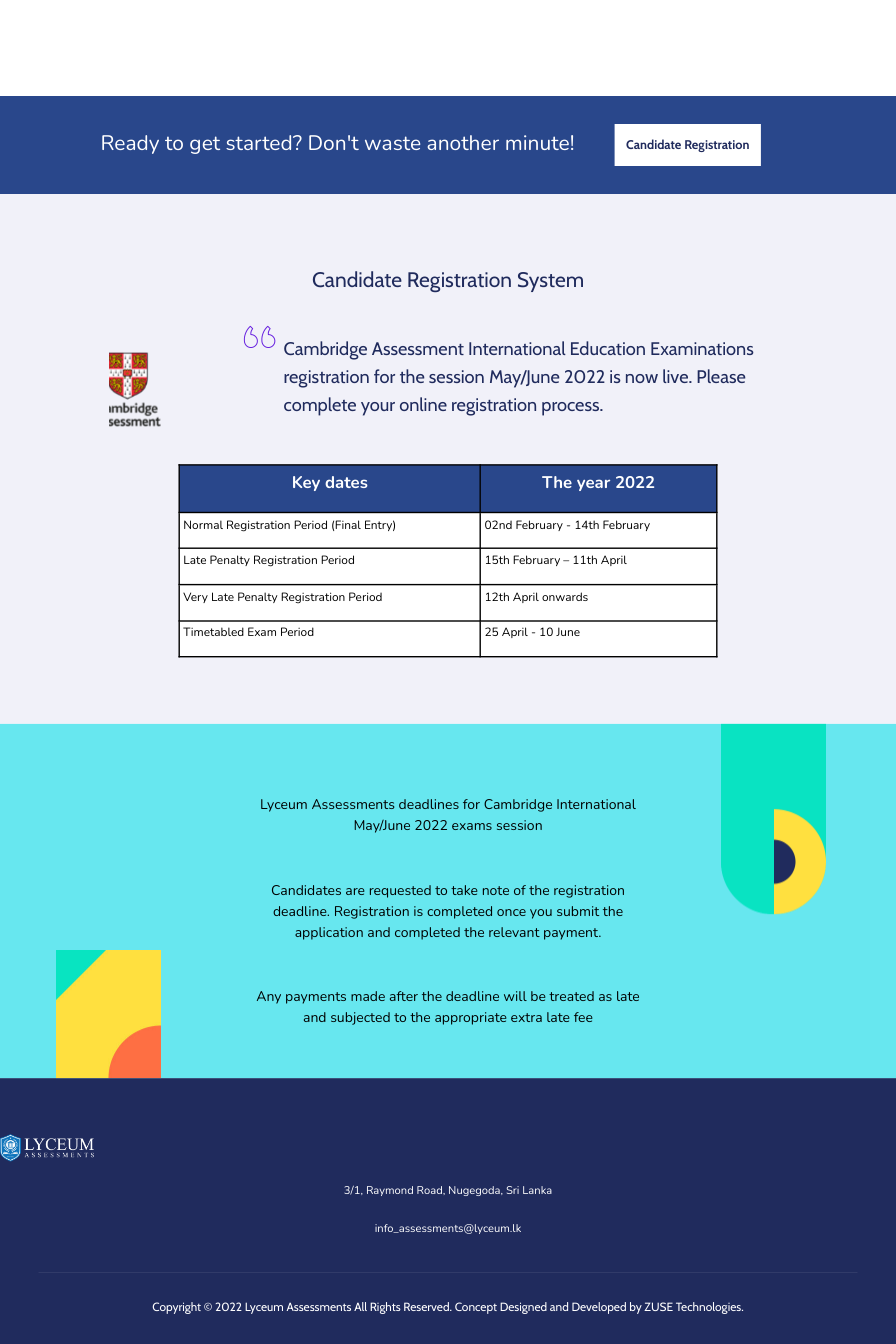
Repository: AXUSLK/LyceumAssessments-HTML
Page: index.html
An editor plug-in stored every save of this project. The page is shown before and after a run of saves, followed by the edit.
The browser window is 1280 px wide. The pictures show the part of the page from y = 2663 to 4583 px (the page is 4583 px tall), at 70% of full size.
Backgrounds fixed to the window are drawn as part of the page. Some web libraries are served in a nearby version.

Above is the page before, as saved 2022-01-31 15:19:41.

After the next 3 saves:
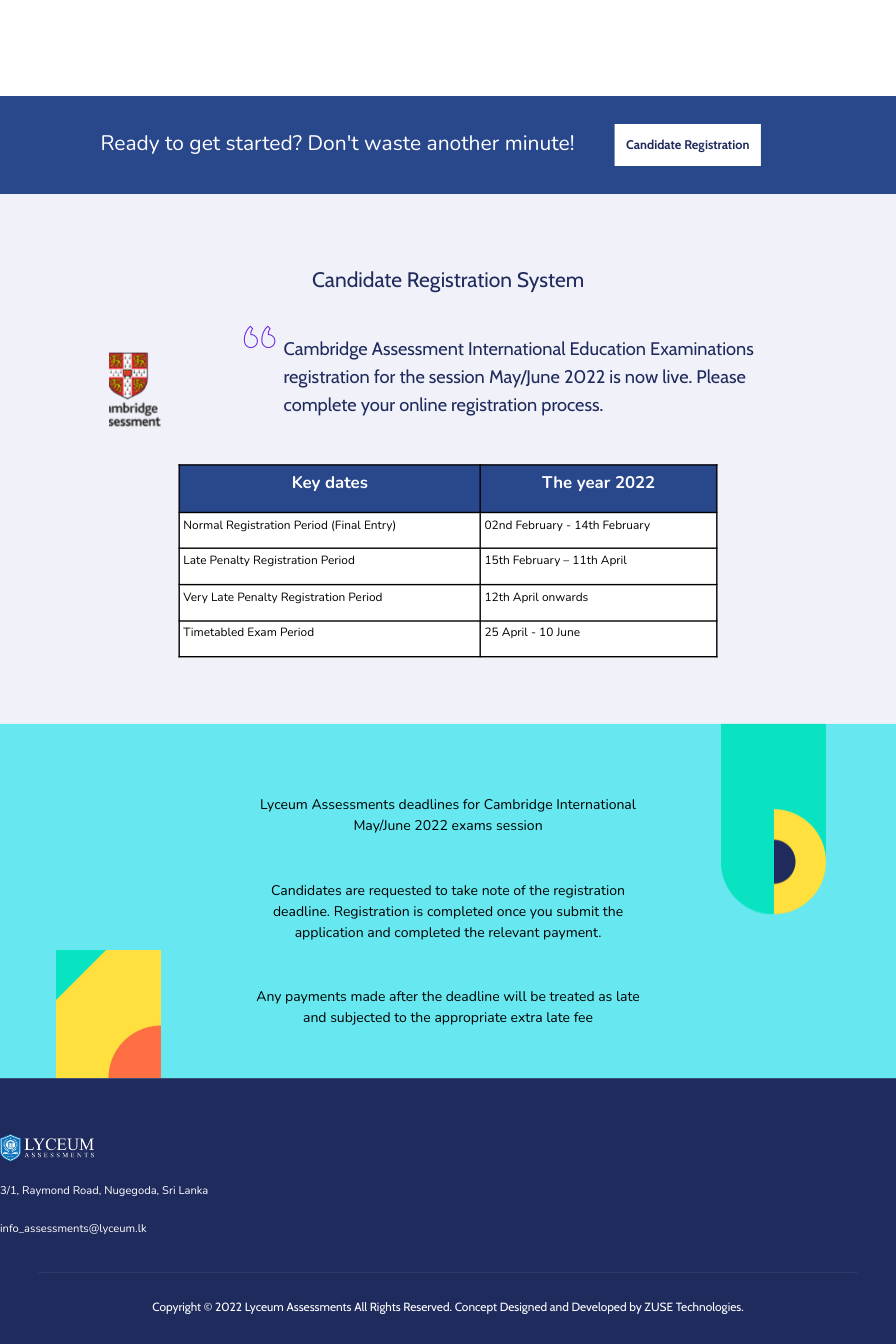
The 3 saves are shown as one change because they came seconds apart.
The last was saved 13 s later.
--- a/index.html
+++ b/index.html
@@ -493,10 +493,10 @@
 					</div>
 
 					<!-- ftAddress -->
-					<address class="centerDiv ftAddress text-center text-md-left mb-6 mt-6 mt-md-0">3/1, Raymond Road,
+					<address class="centerDivItem ftAddress text-center text-md-left mb-6 mt-6 mt-md-0">3/1, Raymond Road,
 						Nugegoda, Sri Lanka</address>
 
-					<address class="centerDiv ftAddress text-center text-md-left mb-6 mt-6 mt-md-0">
+					<address class="centerDivItem ftAddress text-center text-md-left mb-6 mt-6 mt-md-0">
 						info_assessments@lyceum.lk</address>
 				</div>
 			</aside>
